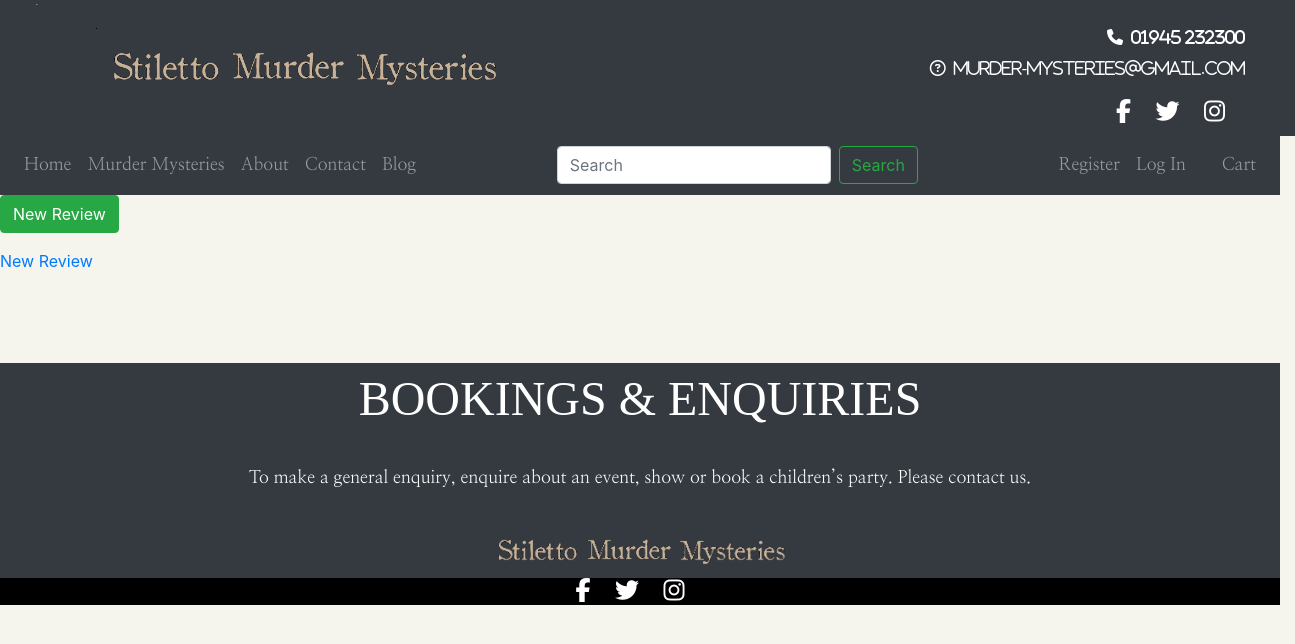
Repository: TaylorD1982/murder-milestone
Page: reviews/templates/reviews.html
The author's editor kept a record of every edit. The page is drawn from the files as they stood at one moment, then again after the next edit.
The browser window is 1280 px wide. The page is 1295 px wide, so the pictures cover 1295 px, including what lies to the right of the window. The pictures show the whole page.
Some icons come from a web library that is not loaded, so they are not drawn. Some web fonts or font styles are not loaded; a fallback is used. Some web libraries are served in a nearby version. The template is drawn by Django 2.2. The application's start-up code is not run. The template is opened directly, without the code that normally fills it, so the values that code supplies are empty.

Above is the page before.
Console error: ReferenceError: emailjs is not defined

After the next edit:
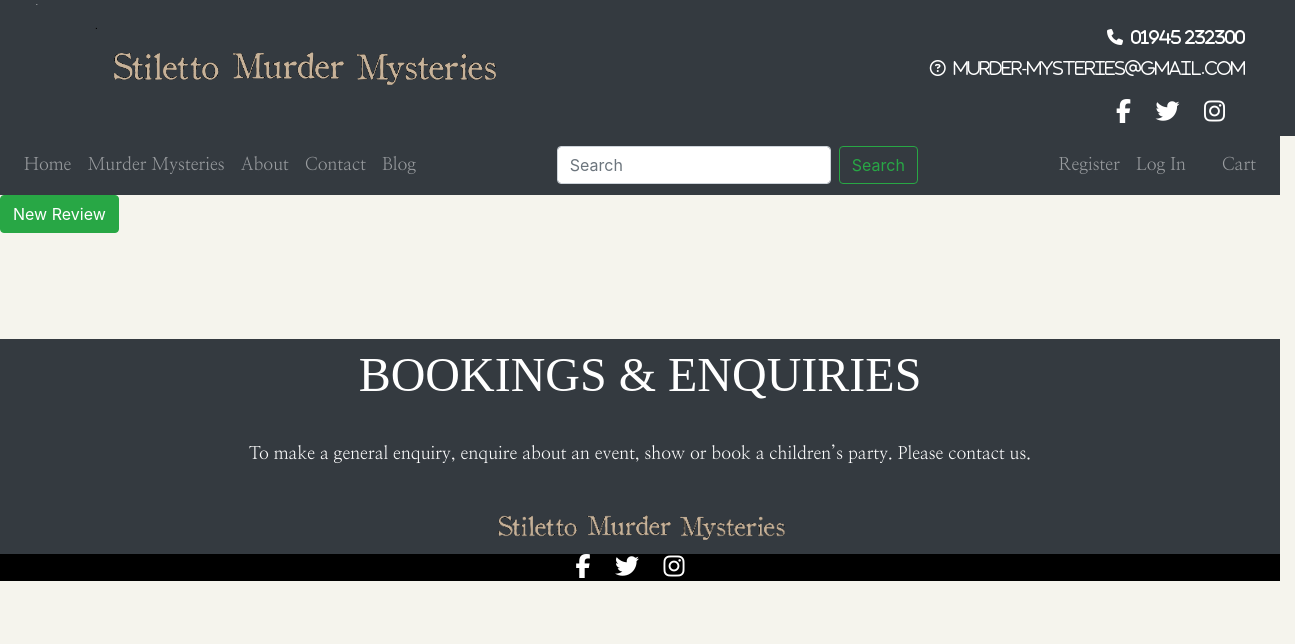
The edit:
--- a/reviews/templates/reviews.html
+++ b/reviews/templates/reviews.html
@@ -1,15 +1,10 @@
 {% extends 'base.html' %}
 
-<div>
-    <p><a href="{% url 'new_review' %}" class="btn btn-success">New Review</a></p>
-    <a href="{% url 'new_review' %}">New Review</a></li>
-</div>
 
 {% block content %}
 
 <div>
     <p><a href="{% url 'new_review' %}" class="btn btn-success">New Review</a></p>
-    <a href="{% url 'new_review' %}">New Review</a></li>
 </div>
 
 <div class="container">
